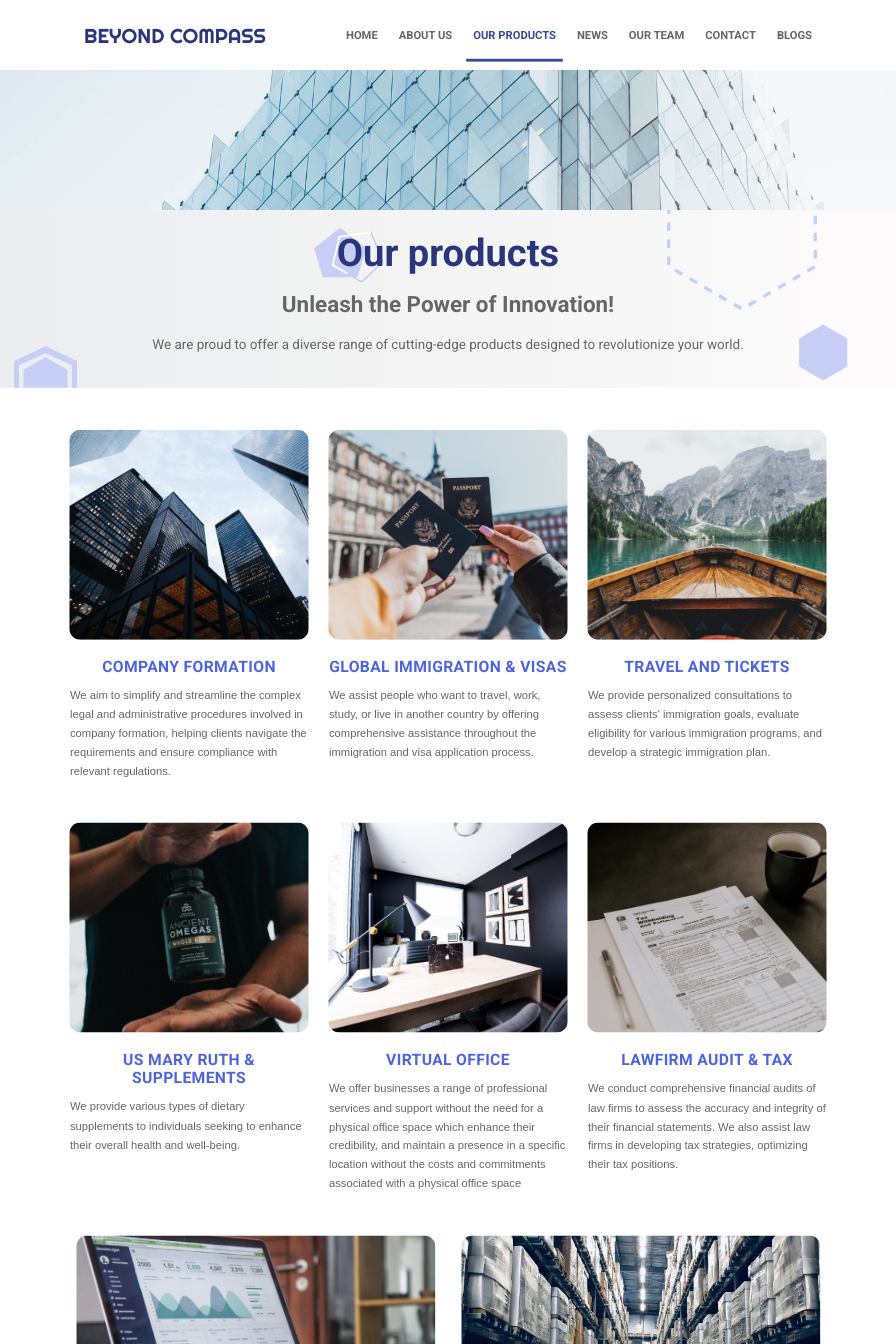
Repository: trunghau06/baitapRn
Page: pages/product.html
An editor plug-in stored every save of this project. The page is shown before and after the next save, followed by the edit.
The browser window is 1280 px wide. The pictures show the part of the page from y = 0 to 1920 px (the page is 3321 px tall), at 70% of full size.

Above is the page before, as saved 2025-10-10 11:08:45.

### pages/product.html
<!DOCTYPE html>
<html lang="en">
<head>
    <meta charset="UTF-8">
    <meta name="viewport" content="width=device-width, initial-scale=1.0">
    <title>Our products</title>
    <link rel="stylesheet" href="../style/product.css?v=1">
    <link rel="stylesheet" href="https://cdnjs.cloudflare.com/ajax/libs/font-awesome/6.5.1/css/all.min.css">
    <link href="https://fonts.googleapis.com/css2?family=Roboto:wght@400;700&display=swap" rel="stylesheet">
</head>
<body>
    <!-- Thanh Header -->
    <header>
        <div class="header-Page">
            <!-- Logo -->
            <div class="logo">BEYOND COMPASS</div>

            <!-- Navigation Menu -->
            <nav>
                <ul>
                    <li><a href="../index.html"                 >HOME        </a></li>
                    <li><a href="about.html"                 >ABOUT US    </a></li>
                    <li><a href="product.html" class="active">OUR PRODUCTS</a></li>
                    <li><a href="news.html"                  >NEWS        </a></li>
                    <li><a href="team.html"                  >OUR TEAM    </a></li>
                    <li><a href="contact.html"               >CONTACT     </a></li>
                    <li><a href="blogs.html"                 >BLOGS       </a></li>
                </ul>
            </nav>
        </div>
    </header>

    <div class="header-banner"></div>

    <!-- Gioi Thieu -->
    <div class="introduce-Page">
        <svg class="hexagon-small-double" viewBox="0 0 100 115" xmlns="http://www.w3.org/2000/svg">
            <polygon points="50 10, 85 30, 85 70, 50 90, 15 70, 15 30"
                    fill="#C8CFF6"
                    stroke="none"/>
            <polygon points="50 -2, 97 20, 97 80, 50 102, 3 80, 3 20"
                    fill="none"
                    stroke="#C8CFF6"
                    stroke-width="10"/>
        </svg>

        <div class="hexagon hexagon-large"></div>

         <svg class="hexagon-outline" viewBox="0 0 100 115" xmlns="http://www.w3.org/2000/svg">
            <polygon points="50 0, 93 25, 93 75, 50 100, 7 75, 7 25"
                    fill="none"
                    stroke="#C8CFF6"
                    stroke-width="2"
                    stroke-dasharray="5, 5"/>
        </svg>

        <svg class="pentagon-outline" viewBox="0 0 100 100" xmlns="http://www.w3.org/2000/svg">
            <defs>
                <linearGradient id="strokeHalfColor" x1="0%" y1="0%" x2="100%" y2="0%">
                    <stop offset="50%" style="stop-color:#FFFFFF;stop-opacity:1" />
                    <stop offset="50%" style="stop-color:#C8CFF6;stop-opacity:1" />
                </linearGradient>
            </defs>
            <polygon points="50 5, 95 40, 80 90, 20 90, 5 40"
                    fill="none"
                    stroke="url(#strokeHalfColor)"
                    stroke-width="3"
                    transform="rotate(30 50 50)"/>
        </svg>

        <svg class="pentagon-filled" viewBox="0 0 100 100" xmlns="http://www.w3.org/2000/svg">
            <polygon points="50 5, 95 40, 80 90, 20 90, 5 40"
                    fill="#C8CFF6"
                    stroke="#C8CFF6"
                    stroke-width="3"/>
        </svg>

        <h1>Our products</h1>

        <h3>Unleash the Power of Innovation!</h3>

        <p>We are proud to offer a diverse range of cutting-edge products designed to revolutionize your world.</p>
    </div>

    <div class="box-section">
        <!-- box 1 -->
        <div class="box">
            <img src="../Images/image_box_1.jpg" alt="">

            <div class="content-box">
                <h3>COMPANY FORMATION</h3>

                <p>
                    We aim to simplify and streamline the complex legal
                    and administrative procedures involved in company
                    formation, helping clients navigate the requirements
                    and ensure compliance with relevant regulations.</p>
            </div>
        </div>

        <!-- box 2 -->
        <div class="box">
            <img src="../Images/image_box_2.jpg" alt="">

            <div class="content-box">
                <h3>GLOBAL IMMIGRATION & VISAS</h3>

                <p>
                    We assist people who want to travel, work, study, or
                    live in another country by offering comprehensive
                    assistance throughout the immigration and visa
                    application process.</p>
            </div>
        </div>

        <!-- box 3 -->
        <div class="box">
            <img src="../Images/image_box_3.jpg" alt="">

            <div class="content-box">
                <h3>TRAVEL AND TICKETS</h3>

                <p>
                    We provide personalized consultations to assess
                    clients' immigration goals, evaluate eligibility for
                    various immigration programs, and develop a
                    strategic immigration plan.</p>
            </div>
        </div>

        <!-- box 4 -->
        <div class="box">
            <img src="../Images/image_box_4.jpg" alt="">

            <div class="content-box">
                <h3>US MARY RUTH & SUPPLEMENTS</h3>

                <p>
                    We provide various types of dietary supplements to
                    individuals seeking to enhance their overall health
                    and well-being.
            </div>
        </div>

        <!-- box 5 -->
        <div class="box">
            <img src="../Images/image_box_5.jpg" alt="">

            <div class="content-box">
                <h3>VIRTUAL OFFICE</h3>

                <p>
                    We offer businesses a range of professional services
                    and support without the need for a physical office
                    space which enhance their credibility, and maintain a
                    presence in a specific location without the costs and
                    commitments associated with a physical office
                    space
                </p>
            </div>
        </div>

        <!-- box 6 -->
        <div class="box">
            <img src="../Images/image_box_6.jpg" alt="">

            <div class="content-box">
                <h3>LAWFIRM AUDIT & TAX</h3>

                <p>
                    We conduct comprehensive financial audits of law
                    firms to assess the accuracy and integrity of their
                    financial statements. We also assist law firms in
                    developing tax strategies, optimizing their tax
                    positions.
                </p>
            </div>
        </div>

        <!-- box 7 -->
        <div class="box">
            <img src="../Images/image_box_7.jpg" alt="">

            <div class="content-box">
                <h3>DOMAIN SERVICE</h3>

                <p>
                    We help users search for and register available domain names based on their
                    preferences and the availability of the desired domain extension.
                </p>
            </div>
        </div>

        <!-- box 8 -->
        <div class="box">
            <img src="../Images/image_box_8.jpg" alt="">

            <div class="content-box">
                <h3>LOGISTIC</h3>

                <p>
                    We offer the management and coordination of various activities related to the
                    movement, storage, and handling of goods and resources throughout the supply
                    chain.
                </p>
            </div>
        </div>
    </div>

    <!-- Footer -->
    <div class="footer">
        <!-- Header -->
        <div class="header-Footer">
            <h2>BEYOND COMPASS</h2>
            <div class="social-icons">
                <button><img src="../Images/youtube.png" alt="YouTube"></button>
                <button><img src="../Images/logo_linkedin.png" alt="LinkedIn"></button>
                <button><img src="../Images/image.png" alt="Twitter"></button>
            </div>
        </div>

        <!-- Offices -->
        <div class="offices">
            <!-- Main Office -->
            <div class="office">
                <h3>Main Office: The One Vietnam Co.Ltd.</h3>
                <div class="office-info">
                    <span class="square"></span>

                    <div class="content-info">
                        <p><img src="../Images/ic_map.png" alt="">Location: 40-42 Thiên Phước, Ward 15, Dist 11, HCMC, VN</p>

                        <div class="phone-group">
                            <p><img src="../Images/ic_phone.png" alt="">Phone Number: </p>

                            <div class="phone">
                                <p>(84) 902.111.222. mobile</p>
                                <p>(84) 28.333.6668 (19 lines)</p>
                                <p>(84) 28.234.5678 (fax)</p>
                            </div>
                        </div>

                        <p><img src="../Images/ic_email.png" alt="">Email: abc@def.com</p>
                        <p><img src="../Images/ic_global.png" alt="">Fax: (123)-456-7890</p>
                    </div>
                </div>
            </div>

            <!-- Brand Offices -->
            <div class="office">
                <h3>Brand Offices: The One Office Vietnam</h3>
                <div class="brand-offices">
                    <div class="office-info">
                        <span class="square"></span>

                        <div class="content-info">
                            <p><img src="../Images/ic_map.png" alt="Location">Location: Singapore</p>
                            <p><img src="../Images/ic_phone.png" alt="Phone">Phone Number: (84) 902.111.222</p>
                            <p><img src="../Images/ic_email.png" alt="Email">Email: abc@def.com</p>
                            <p><img src="../Images/ic_global.png" alt="Fax">Fax: (123)-456-7890</p>
                        </div>
                    </div>

                    <div class="office-info">
                        <span class="square"></span>

                        <div class="content-info">
                            <p><img src="../Images/ic_map.png" alt="">Location: USA</p>
                            <p></span><img src="../Images/ic_phone.png" alt="">Phone Number: (84) 902.111.222</p>
                            <p></span><img src="../Images/ic_email.png" alt="">Email: abc@def.com</p>
                            <p></span><img src="../Images/ic_global.png" alt="">Fax: (123)-456-7890</p>
                        </div>
                    </div>
                </div>
            </div>
        </div>

        <div class="line"></div>

        <div class="footer-links">
            <div class="link-column">
            <h4>OUR PRODUCTS</h4>
            <ul>
                <li><i class="fas fa-chevron-right"></i> Company Formation</li>
                <li><i class="fas fa-chevron-right"></i> Globalization & Visas</li>
                <li><i class="fas fa-chevron-right"></i> Travel & Ticket</li>
                <li><i class="fas fa-chevron-right"></i> Logistic</li>
                <li><i class="fas fa-chevron-right"></i> Virtual Office</li>
            </ul>
            </div>

            <div class="link-column">
            <h4>COMPANY</h4>
            <ul>
                <li><i class="fas fa-chevron-right"></i> About Us</li>
                <li><i class="fas fa-chevron-right"></i> Terms of Service</li>
                <li><i class="fas fa-chevron-right"></i> Privacy Policy</li>
                <li><i class="fas fa-chevron-right"></i> Support</li>
            </ul>
            </div>
        </div>

        <footer class="footer-bottom">
            <p>Copyright © 2023 by THEONEVIETNAM.COM. All rights reserved. Designed by Tuyet Nhi.</p>
        </footer>
    </div>
</body>
</html>

### style/product.css
@import url('https://fonts.googleapis.com/css2?family=Righteous&display=swap');

* {
    margin: 0;
    padding: 0;
    box-sizing: border-box;
}

body {
    font-family: Arial, sans-serif;
}

/* Header */
.header-Page {
    position: fixed;
    top: 0;
    left: 0;
    width: 100%;
    margin: 0 auto;
    padding: 0 60px;
    display: flex;
    justify-content: space-between;
    align-items: center;
    height: 100px;
    background-color: white;
    z-index: 1000;
}


/* Logo */
.logo {
    font-family: 'Righteous', Arial, sans-serif;
    color: #2A367C;
    font-size: 1.8em;
    font-weight: 400;
    padding-left: 60px;
}

/* Menu */
nav ul {
    list-style: none;
    display: flex;
    gap: 30px;
    padding-right: 60px;
}

nav ul li a {
    text-decoration: none;
    color: #666666;
    font-size: 1em;
    font-weight: 700;
    padding-bottom: 28px;
    font-family: 'Roboto', Arial, sans-serif;
    position: relative;
}

nav ul li a::after {
    content: '';
    position: absolute;
    bottom: 0;
    left: -10px;
    right: -10px;
    height: 4px;
}

nav ul li a:hover,
nav ul li a.active {
    color: #3746A0;
}

nav ul li a:hover::after,
nav ul li a.active::after {
    background-color: #3746A0;
}

/* Banner */
.header-banner {
    margin-top: 100px;
    width: 100%;
    height: 200px;
    background-image: url('../Images/anhHeader_7.jpg');
    background-size: cover;
    background-position: center;
}

.introduce-Page {
    position: relative;
    background: linear-gradient(to right, #EBEDEE, #FDFBFB);
    display: flex;
    flex-direction: column;
    justify-items: center;
    align-items: center;
    padding: 30px 20px;
    overflow: hidden;
}

.introduce-Page h1 {
    font-family: 'Roboto', Arial, sans-serif;
    color: #2A367C;
    font-size: 3.4em;
    font-weight: 700;
    margin-bottom: 20px;
    z-index: 2;
}

.introduce-Page h3 {
    font-family: 'Roboto', Arial, sans-serif;
    font-size: 2em;
    color: #666666;
    line-height: 1.4;
    margin-bottom: 20px;
    font-weight: bold;
}

.introduce-Page p {
    color: #666666;
    font-family: 'Roboto', Arial, sans-serif;
    line-height: 1.6;
    margin-bottom: 15px;
    font-size: 1.2em;
}

.hexagon {
    position: absolute;
    background-color: #C8CFF6;
    clip-path: polygon(
        50% 0%, 93% 25%, 93% 75%, 50% 100%, 7% 75%, 7% 25%
    );
    box-shadow:
        0 0 0 8px white,
        0 0 0 10px #8B9FD9;
}

/* Hình lục giác nhỏ với 2 lớp viền */
.hexagon-small-double {
    position: absolute;
    width: 90px;
    height: 140px;
    top: 72%;
    left: 20px;
    z-index: 2;
}

/* Hình lục giác lớn */
.hexagon-large {
    width: 80px;
    height: 80px;
    bottom: 10px;
    right: 5%;
}

/* Hình lục giác chỉ viền nét đứt */
.hexagon-outline {
    position: absolute;
    width: 280px;
    height: 280px;
    top: 15%;
    right: 80px;
    transform: translateY(-50%);
}

/* Hình ngũ giác 5 góc nghiêng phải */
.pentagon-outline {
    position: absolute;
    width: 80px;
    height: 80px;
    top: 25%;
    left: 40%;
    transform: translate(-50%, -50%);
    z-index: 1;
}

/* Hình ngũ giác có ruột màu xanh */
.pentagon-filled {
   position: absolute;
    width: 80px;
    height: 80px;
    top: 25%;
    left: 38%;
    transform: translate(-50%, -50%);
    z-index: 0;
}

/* Cac box */
.box-section {
    display: flex;
    flex-wrap: wrap;
    gap: 10px;
    width: 100%;
    padding: 40px 40px 80px 40px;
    justify-content: center;
    align-items: stretch;
}

.box {
    width: 30%;
    border-radius: 15px;
    overflow: visible;
    display: flex;
    flex-direction: column;
    justify-items: center;
    align-items: center;
    padding: 20px 0;
}

.box img {
    width: 95%;
    height: 300px;
    object-fit: cover;
    border-radius: 16px;
}

.box-section .box:last-child,
.box-section .box:nth-last-child(2) {
    height: 250px;
}

.content-box {
    padding: 10px;
    text-align: center;
    flex-grow: 1;
}

.content-box h3 {
    font-family: 'Roboto', Arial, sans-serif;
    color: #4D63E2;
    font-size: 1.4em;
    font-weight: 700;
    margin: 15px 0 15px 0;
    letter-spacing: 0.5px;
}

.content-box p {
    color: #666666;
    font-size: 1em;
    line-height: 1.7;
    text-align: left;
}

.box:nth-child(7),
.box:nth-child(8) {
    width: 45%;
    margin-bottom: 100px;
}

/* Footer */
.footer {
  display: flex;
  flex-direction: column;
  background-color: #3746A0;
  margin-top: 100px;
}

.header-Footer {
    display: flex;
    justify-content: space-between;
    align-items: center;
    padding: 20px 120px;
    margin-top: 50px;
}

.header-Footer h2 {
    font-size: 2em;
    font-weight: bold;
    letter-spacing: 2px;
    font-family: 'Righteous', Arial, sans-serif;
    color: #FFFFFF;
}

.social-icons {
    display: flex;
    gap: 15px;
}

.social-icons button {
    background: #FFFFFF;
    border: none;
    cursor: pointer;
    width: 60px;
    height: 60px;
    border-radius: 10px;
    display: flex;
    align-items: center;
    justify-content: center;
}

.social-icons button img {
    width: 70%;
    height: 70%;
    object-fit: contain;
}

.offices {
    padding: 10px 120px;
    display: grid;
    grid-template-columns: 1fr 1fr;
    gap: 40px;
    margin-top: 30px;
}

.brand-offices {
    display: grid;
    grid-template-columns: 1fr 1fr;
    gap: 60px;
}

.office h3 {
    margin-bottom: 15px;
    font-size: 1.4em;
    color: #FFFFFF;
}

.office-info {
    position: relative;
    margin-bottom: 20px;
    display: flex;
    align-items: flex-start;
}

.office-info .square {
    position: absolute;
    left: 0;
    top: 25px;
    width: 12px;
    height: 12px;
    background: #202A5F;
    border-radius: 4px;
}

.content-info {
    padding-left: 30px;
}

.content-info p {
    margin: 28px 0;
    display: flex;
    align-items: center;
    font-size: 0.9em;
    color: #FFFFFF;
}

.phone-group {
    display: flex;
    justify-content: left;
    align-items: flex-start;
    gap: 10px;
}

.phone-group p {
    margin: 0;
    font-size: 0.9em;
    margin-bottom: 28px;
    color: #FFFFFF;
}

.phone-group .phone p:nth-of-type(3) {
    margin-bottom: 0;
}

.phone {
    display: flex;
    flex-direction: column;
    text-align: left;
}

.content-info img {
    width: 20px;
    height: 20px;
    margin-right: 16px;
    vertical-align: middle;
    filter: brightness(0) invert(1);
}

.line {
    width: 83%;
    height: 2px;
    background: rgba(255,255,255,0.5);
    margin: 0 auto 40px auto;
}

.footer-links {
  display: flex;
  justify-content: left;
  gap: 200px;
  padding: 20px 120px;
  margin-bottom: 50px;
}

.link-column h4 {
  margin-bottom: 15px;
  font-size: 1.4em;
  font-weight: bold;
  color: #FFFFFF;
  text-transform: uppercase;
}

.link-column ul {
  list-style: none;
  padding: 0 10px;
}

.link-column ul li {
  margin: 28px 0;
  font-size: 0.9em;
  display: flex;
  align-items: center;
  color: #FFFFFF;
}

.link-column ul li i {
  margin-right: 12px;
  font-size: 0.8em;
  color: #FFFFFF;
}

.footer-bottom {
  margin-top: auto;
  background: #fff;
  text-align: center;
  padding: 30px 0;
  font-size: 12px;
  color: #555;
  border-top: 1px solid #ddd;
}

After the next save:
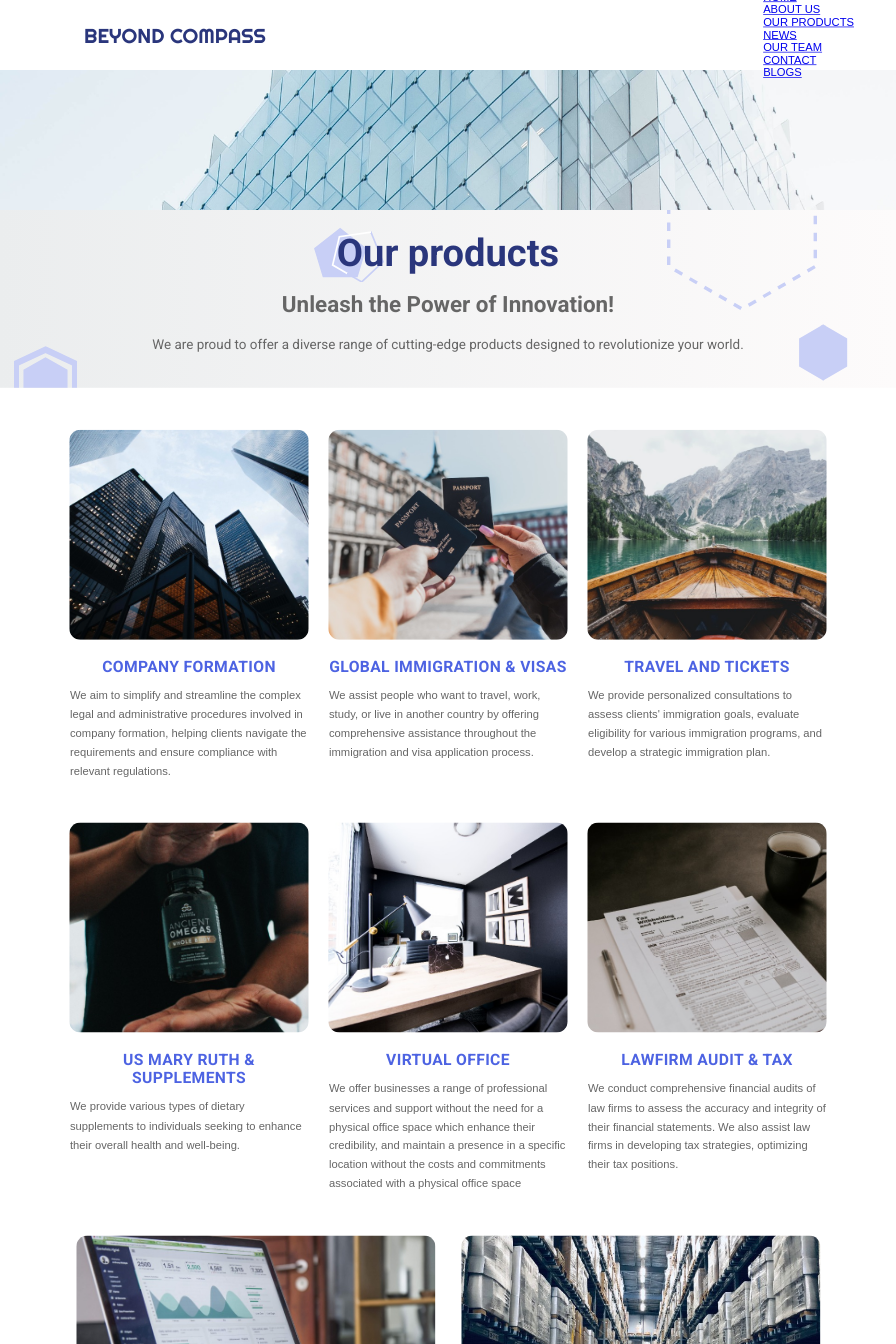
Saved 9 s later.
--- a/pages/product.html
+++ b/pages/product.html
@@ -17,15 +17,13 @@
 
             <!-- Navigation Menu -->
             <nav>
-                <ul>
-                    <li><a href="../index.html"                 >HOME        </a></li>
-                    <li><a href="about.html"                 >ABOUT US    </a></li>
-                    <li><a href="product.html" class="active">OUR PRODUCTS</a></li>
-                    <li><a href="news.html"                  >NEWS        </a></li>
-                    <li><a href="team.html"                  >OUR TEAM    </a></li>
-                    <li><a href="contact.html"               >CONTACT     </a></li>
-                    <li><a href="blogs.html"                 >BLOGS       </a></li>
-                </ul>
+                <div class="menu-item"><a href="index.html">HOME</a></div>
+                <div class="menu-item"><a href="pages/about.html">ABOUT US</a></div>
+                <div class="menu-item"><a href="pages/product.html">OUR PRODUCTS</a></div>
+                <div class="menu-item active"><a href="pages/news.html">NEWS</a></div>
+                <div class="menu-item"><a href="pages/team.html">OUR TEAM</a></div>
+                <div class="menu-item"><a href="pages/contact.html">CONTACT</a></div>
+                <div class="menu-item"><a href="pages/blogs.html">BLOGS</a></div>
             </nav>
         </div>
     </header>
